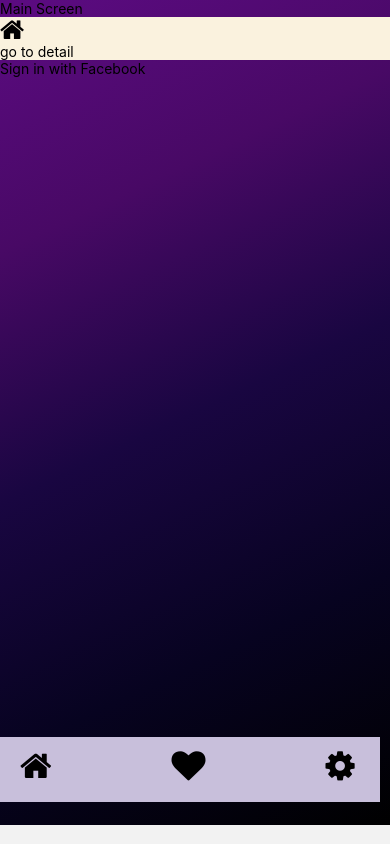
Repository: eyebone/barManager
Screen: /Main
An editor plug-in stored every save of this project. The screen is shown before and after a run of saves, followed by the edit.
The app was drawn by React Native's web renderer in a window 390 px wide. The project was rebuilt for these pictures with package versions that can differ from the ones it lists, and the page was loaded fresh each time. Some packages were replaced by stand-ins written for this rebuild. Also part of the build but not shown: components/EmojiPicker.js, components/Button.js, components/ImageViewer.js, components/circleButton.js, components/IconButton.js, view/ViewOne.js, view/Sign.js.

Above is the screen before, as saved 2023-06-27 09:10:00.

After the next 4 saves:
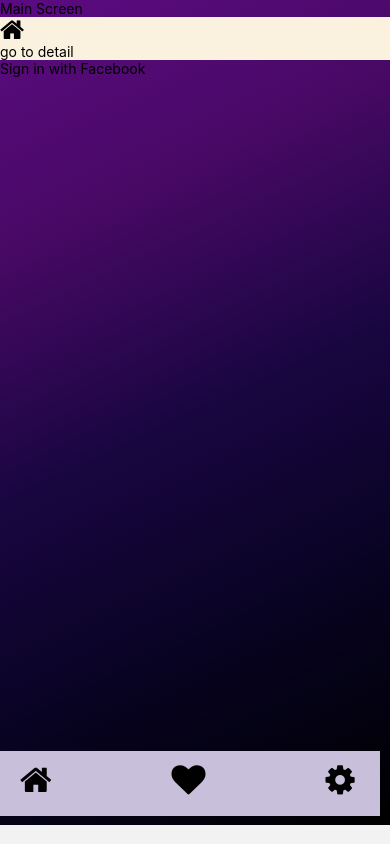
The 4 saves are shown as one change because they came seconds apart.
The last was saved 10 s later.
--- a/components/NavigationBar.js
+++ b/components/NavigationBar.js
@@ -54,7 +54,7 @@ const styles = StyleSheet.create({
     width: 380,
     height: 65,
     backgroundColor: "#C8BFDB",
-    marginTop: 660,
+    marginTop: 674,
     flexDirection: "row",
   },
 });
